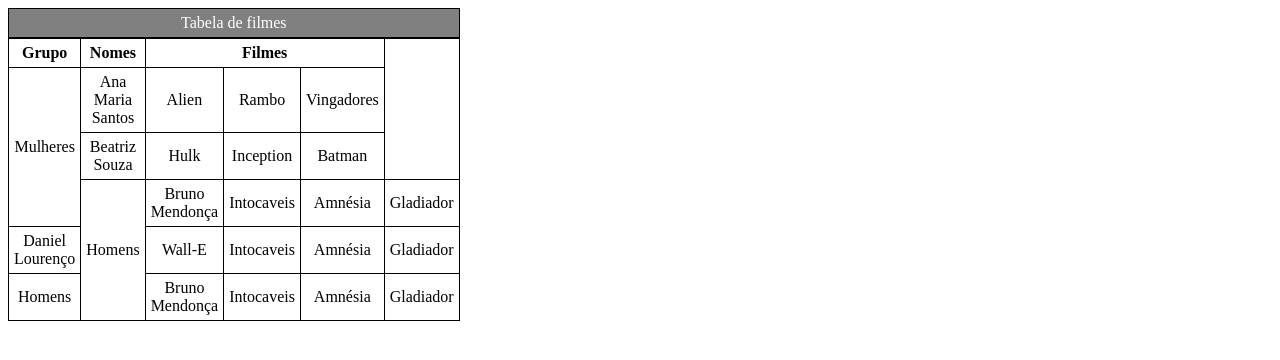
Repository: Lucianorodriguesdev/cursoHTML-CSS
Page: ex023/tabelas/index.html
These files come from the project's save history. The page is drawn as it stood at one moment and after the next save; the edit follows.
The browser window is 1280 px wide. The pictures show the whole page.

Above is the page before, as saved 2026-06-23 22:01:34.

### ex023/tabelas/index.html
<!DOCTYPE html>
<html lang="pt-br">
<head>
    <meta charset="UTF-8">
    <meta name="viewport" content="width=device-width, initial-scale=1.0">
    <title>Trabalhando com tabelas</title>
    <style>
        table{
            border: 1px solid black;
            width: 400px;
            border-collapse: collapse;
        }
        td,th{
            border: 1px solid black;
            padding: 5px;
            text-align: center;
        }


        caption{
             border: 1px solid black;
            padding: 5px;
            text-align: center;
            background-color: gray;
            color: white;
        }
    </style>
</head>
<body>
    <table>
        <caption>Tabela de filmes</caption>
        <thead>
            <tr>
                <th>Grupo</th>
                <th>Nomes</th>
                <th colspan="3">Filmes</th>
            </tr>
        </thead>
        <tbody>
            <tr>
                <td rowspan="3">Mulheres</td>
                <td>Ana Maria Santos</td>
                <td>Alien</td>
                <td>Rambo</td>
                <td>Vingadores</td>
            </tr>
            <tr>
                <td>Beatriz Souza </td>
                <td>Hulk</td>
                <td>Inception</td>
                <td>Batman</td>
            </tr>
            <tr>
                <td rowspan="3">Homens</td>
                <td>Bruno Mendonça</td>
                <td>Intocaveis</td>
                <td>Amnésia</td>
                <td>Gladiador</td>

            </tr>
            <tr>
                <td >Daniel Lourenço</td>
                <td>Wall-E</td>
                <td>Intocaveis</td>
                <td>Amnésia</td>
                <td>Gladiador</td>

            </tr>
            <tr>
                <td >Homens</td>
                <td>Bruno Mendonça</td>
                <td>Intocaveis</td>
                <td>Amnésia</td>
                <td>Gladiador</td>

            </tr>
        </tbody>
    </table>

</body>
</html>

After the next save:
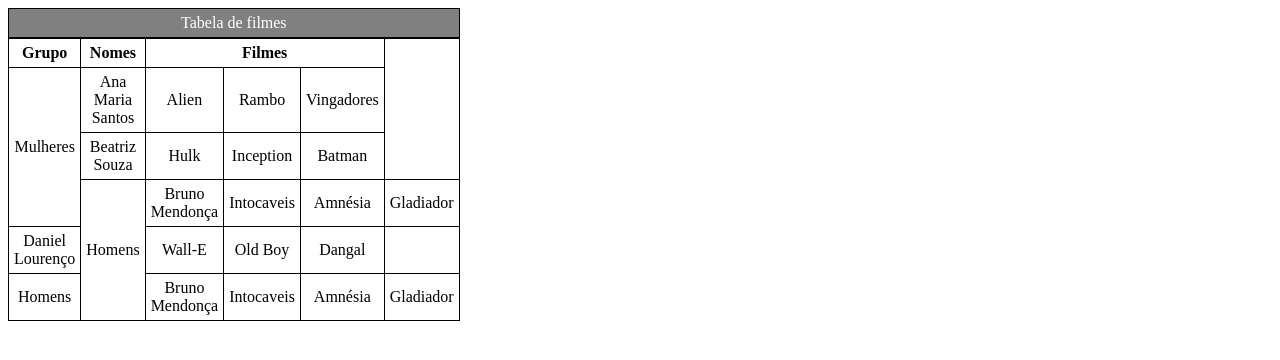
Saved 29 s later.
--- a/ex023/tabelas/index.html
+++ b/ex023/tabelas/index.html
@@ -61,9 +61,9 @@
             <tr>
                 <td >Daniel Lourenço</td>
                 <td>Wall-E</td>
-                <td>Intocaveis</td>
-                <td>Amnésia</td>
-                <td>Gladiador</td>
+                <td>Old Boy</td>
+                <td>Dangal</td>
+
 
             </tr>
             <tr>
